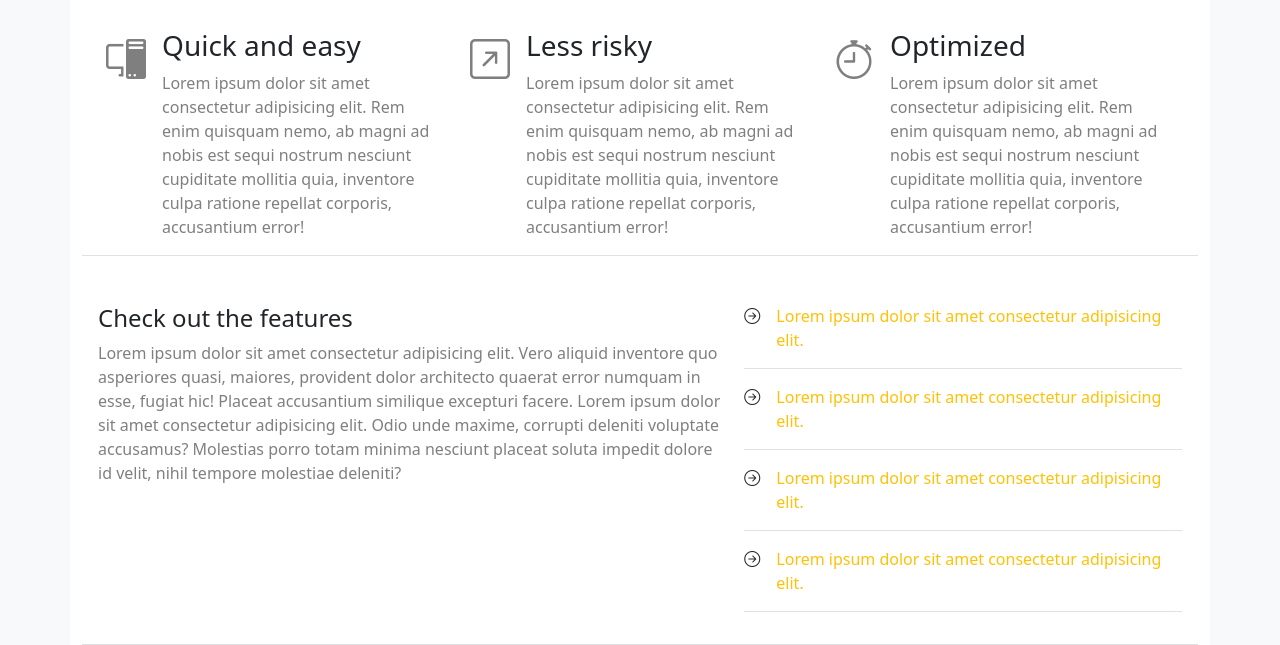
Repository: lyvandat/dh---bootstrap1
Page: index.html
These files come from the project's save history. The page is drawn as it stood at one moment and after the next save; the edit follows.
The browser window is 1280 px wide. The pictures show the part of the page from y = 545 to 1239 px (the page is 1190 px tall before and 1239 px after).
A picture or video elsewhere on the page could not be fetched, so the positions and the page height are approximate. Some web libraries are served in a nearby version.

Above is the page before, as saved 2022-11-01 21:00:39.

After the next save:
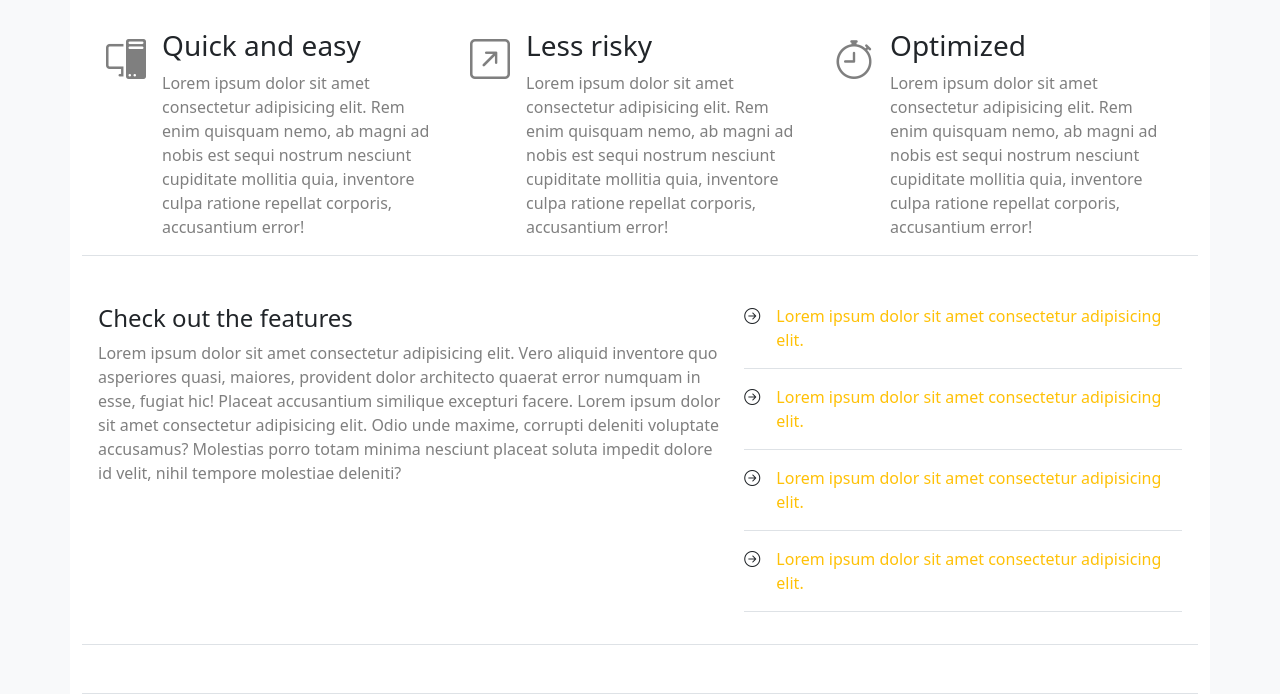
Saved 26 s later.
--- a/index.html
+++ b/index.html
@@ -125,6 +125,12 @@
         </ul>
       </section>
     </div>
+
+    <div class="border-bottom border-gray mt-5">
+      <section class="row px-3 ">
+
+      </section>
+    </div>
     </div>
 
 
